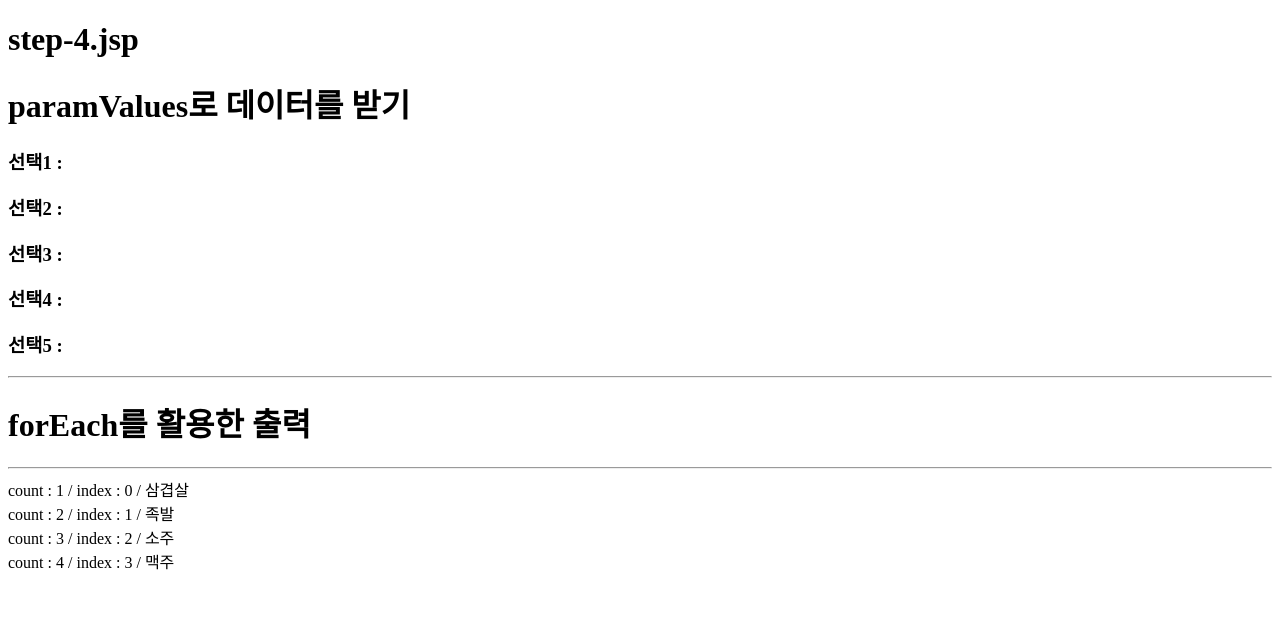
Repository: dtkd19/jsp-jstl_241021
Page: http://localhost/jstl_study/step-4.jsp
The author's editor kept a copy of each file at every save. The page is drawn from the files as they stood at one save, then again after the next save.
The browser window is 1280 px wide. The pictures show the whole page.
The page is served by Tomcat 9. Other server files are loaded and not shown.

Above is the page before, as saved 2024-10-21 05:37:31.

### jstl_study/src/main/webapp/step-4.jsp
<%@ page language="java" contentType="text/html; charset=UTF-8"
    pageEncoding="UTF-8"%>
     <%@ taglib uri="http://java.sun.com/jsp/jstl/core"  prefix="c"%>
<!DOCTYPE html>
<html>
<head>
<meta charset="UTF-8">
<title>Insert title here</title>
</head>
<body>
	<h1>step-4.jsp</h1>

	<h1>paramValues로 데이터를 받기</h1>
	<h3>선택1 : ${paramValues.food[0] }</h3>
	<h3>선택2 : ${paramValues.food[1] }</h3>
	<h3>선택3 : ${paramValues.food[2] }</h3>
	<h3>선택4 : ${paramValues.food[3] }</h3>
	<h3>선택5 : ${paramValues.food[4] }</h3>
	<hr>

	<!-- c:forEach items="반복할 배열/컬렉션" var="저장값" varStatus="index" -->
	<!-- varStatus : index(번지 0부터시작) , count(개수 1부터시작) -->
	<h1>forEach를 활용한 출력</h1>
	<c:forEach items="${paramValues.food }" var="f" varStatus="i">
		<h3>선택${i.count } : ${f } </h3>
	</c:forEach>

	<hr>

	<%
		String friends[] = {"삼겹살", "족발", "소주", "맥주"};
		// java Controller 에서 jsp로 데이터를 보낼때
		request.setAttribute("friend", friends);
	%>

	<c:forEach items="${requestScope.friend }" var="fname" varStatus="i">
		count : ${i.count } / index : ${i.index } / ${fname } <br>
	</c:forEach>













</body>
</html>

After the next save:
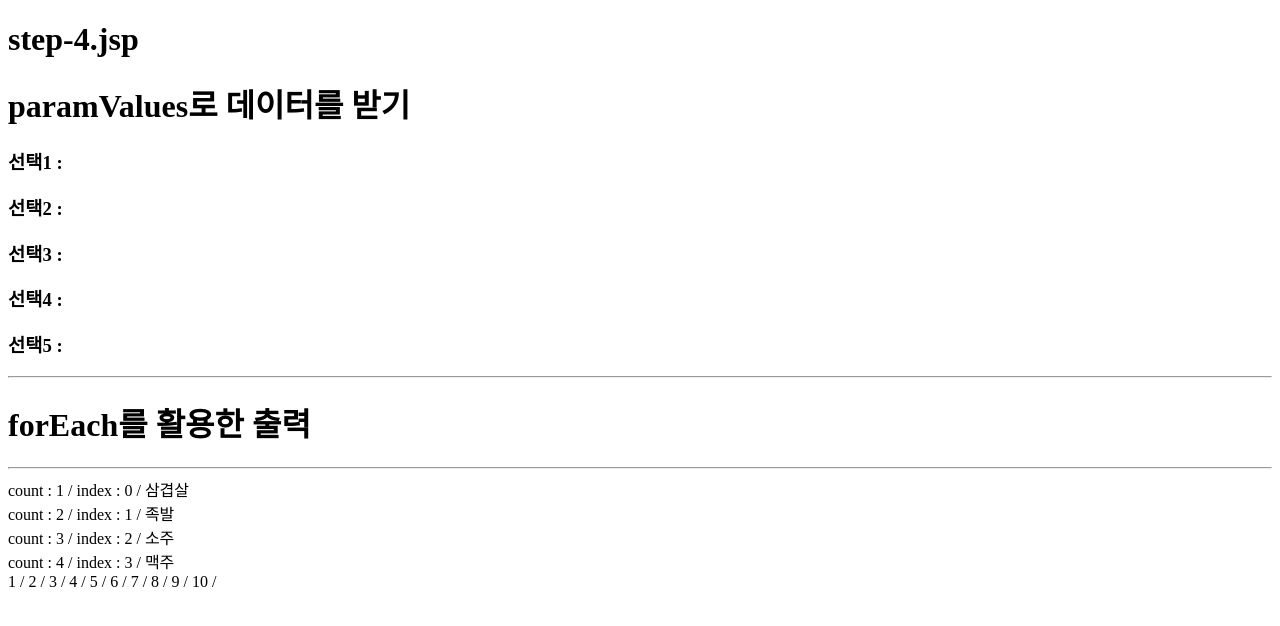
Saved 2 min 8 s later.
--- a/jstl_study/src/main/webapp/step-4.jsp
+++ b/jstl_study/src/main/webapp/step-4.jsp
@@ -37,6 +37,18 @@
 		count : ${i.count } / index : ${i.index } / ${fname } <br>
 	</c:forEach>
 
+	<!-- 1부터 10까지 반복해서 숫자 출력 -->
+	<!-- begin="시작숫자" end="끝숫자" var="저장변수" -->
+
+	<c:forEach begin="1" end="10" var="i">
+	${i } /
+	</c:forEach>
+
+
+
+
+
+
 
 
 
